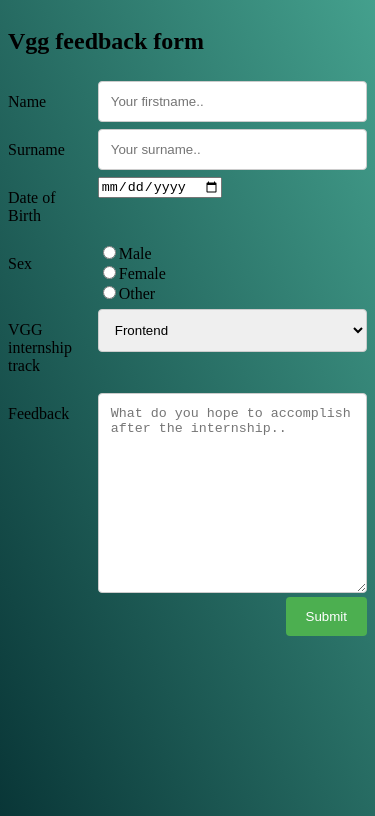
Repository: iphyokafor/VGG-Feedback-form
Page: index2.html
These files come from the project's save history. The page is drawn as it stood at one moment and after the next save; the edit follows.
The browser window is 375 px wide. The pictures show the whole page.

Above is the page before, as saved 2020-01-13 00:23:27.

### index2.html
<!DOCTYPE html>
<html lang="en">

<head>
    <meta charset="UTF-8">
    <meta name="viewport" content="width=device-width, initial-scale=1.0">
    <meta http-equiv="X-UA-Compatible" content="ie=edge">
    <title>VGG feedback form</title>
    <link rel="stylesheet" href="./main.css">
</head>

<body>
    <div>
        <form action="action_page.php">
            <h2 class="heading">Vgg feedback form</h2>
            <div class="row">
                <div class="col-25">
                    <label for="name">Name</label>
                </div>
                <div class="col-75">
                    <input type="text" class="txtinput" id="name" name="name" placeholder="Your firstname..">
                </div>
            </div>
            <div class="row">
                <div class="col-25">
                    <label for="surname">Surname</label>
                </div>
                <div class="col-75">
                    <input type="text" class="txtinput" id="surname" name="surname" placeholder="Your surname..">
                </div>
            </div>
            <div class="row">
                <div class="col-25">
                    <label for="dob">Date of Birth</label>
                </div>
                <div class="col-75">
                    <input type="date" id="date" name="date">
                </div>
            </div>
            <div class="row">
                <div class="col-25">
                    <label for="sex">Sex</label>
                </div>
                <div class="col-75">
                    <input type="radio" name="gender">Male<br>
                    <input type="radio" name="gender">Female<br>
                    <input type="radio" name="gender">Other
                </div>
            </div>
            <div class="row">
                <div class="col-25">
                    <label for="VGG internship">VGG internship track</label>
                </div>
                <div class="col-75">
                    <select id="VGG internship" name="VGG">
            <option value="frontend">Frontend</option>
            <option value="backend">Backend</option>
            <option value="ui/ux">UI/UX</option>
            <option value="software">Software Quality Assurance</option>
            <option value="devops">DevOps</option>
          </select>
                </div>
            </div>
            <div class="row">
                <div class="col-25">
                    <label for="feedback">Feedback</label>
                </div>
                <div class="col-75">
                    <textarea id="feedback" name="feedback" placeholder="What do you hope to accomplish after the internship.." style="height:200px"></textarea>
                </div>
            </div>
            <div class="row">
                <input type="submit" class="btn" value="Submit">
            </div>
        </form>
    </div>

</body>

</html>

### main.css
/* Style inputs, select elements and textareas */

body {
    display: flex;
    justify-content: center;
    flex-wrap: wrap;
    background: linear-gradient(to right top, #093637, #44A08D);
    background-repeat: no-repeat;
    height: 100vh;
}

.txtinput,
select,
textarea {
    width: 100%;
    padding: 12px;
    border: 1px solid #ccc;
    border-radius: 4px;
    box-sizing: border-box;
    resize: vertical;
}


/* Style the label to display next to the inputs */

label {
    padding: 12px 12px 12px 0;
    display: inline-block;
}


/* Style the submit button */

.btn {
    background-color: #4CAF50;
    color: white;
    padding: 12px 20px;
    border: none;
    border-radius: 4px;
    cursor: pointer;
    float: right;
    transition: all 1s;
}

.btn:hover {
    transform: scale(1.02);
}


/* Style the container */

.container {
    border-radius: 5px;
    background-color: #f2f2f2;
    padding: 20px;
}


/* Floating column for labels: 25% width */

.col-25 {
    float: left;
    width: 25%;
    margin-top: 6px;
}


/* Floating column for inputs: 75% width */

.col-75 {
    float: left;
    width: 75%;
    margin-top: 6px;
}


/* Clear floats after the columns */

.row:after {
    content: "";
    display: table;
    clear: both;
}


/* Responsive layout - when the screen is less than 600px wide, make the two columns stack on top of each other instead of next to each other */


/* @media screen and (max-width: 600px) {
    .col-25,
    .col-75,
    input[type=submit] {
        width: 100%;
        margin-top: 0;
    }
} */

After the next save:
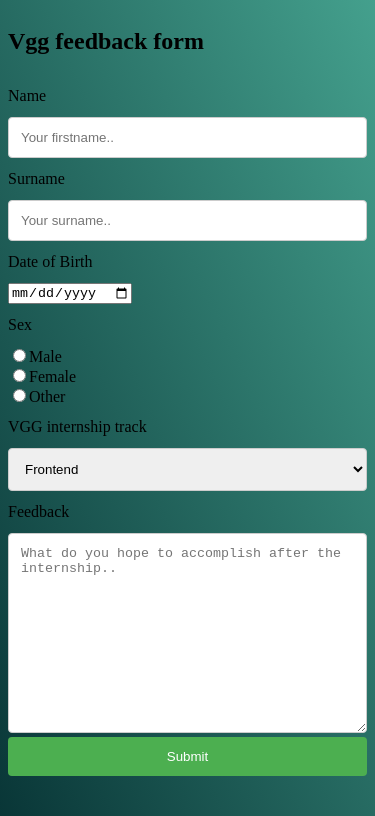
Saved 79 s later.
--- a/main.css
+++ b/main.css
@@ -85,12 +85,11 @@ label {
 
 /* Responsive layout - when the screen is less than 600px wide, make the two columns stack on top of each other instead of next to each other */
 
-
-/* @media screen and (max-width: 600px) {
+@media screen and (max-width: 600px) {
     .col-25,
     .col-75,
     input[type=submit] {
         width: 100%;
         margin-top: 0;
     }
-} */
+}
